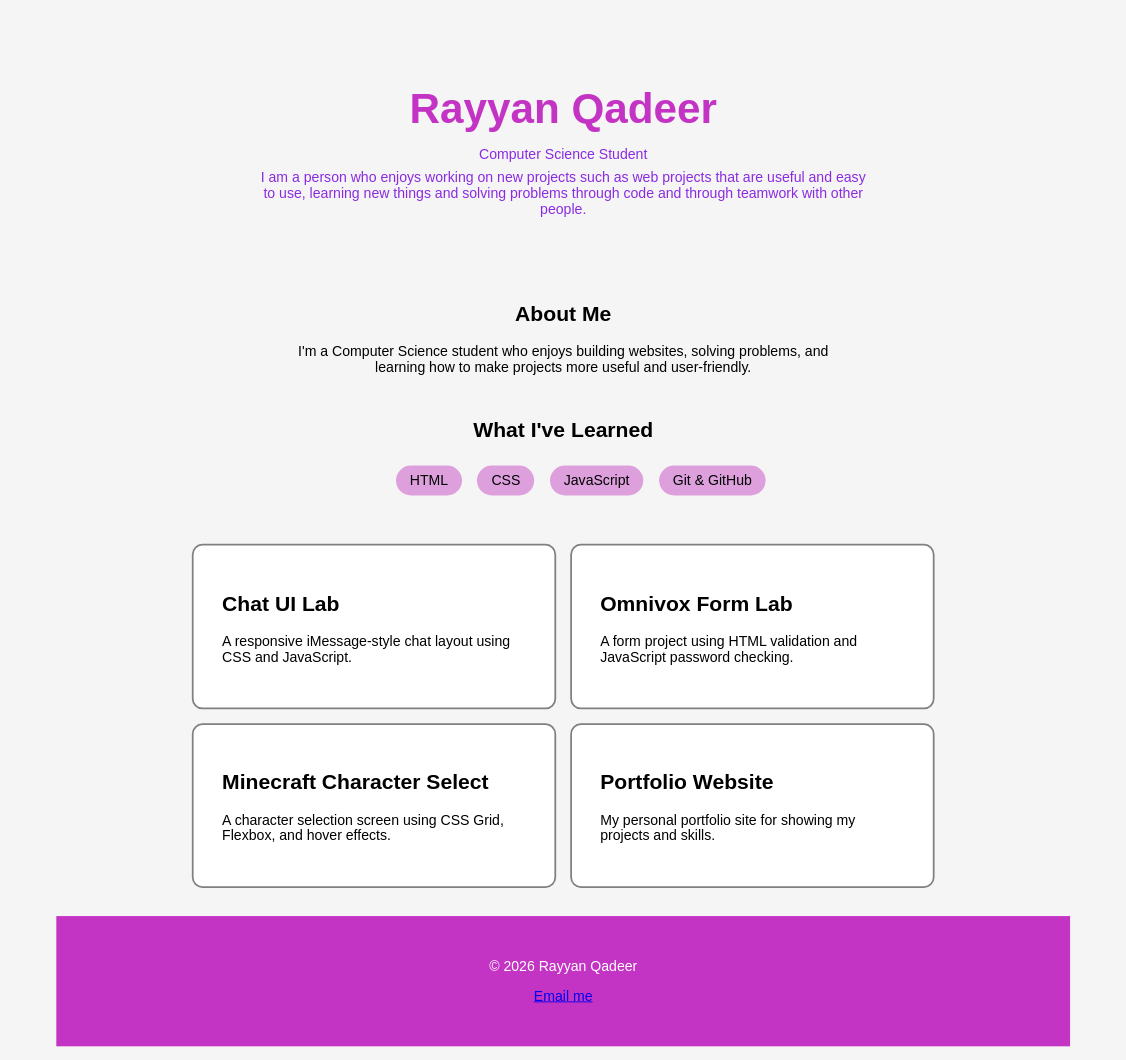
Repository: rayyan-qadeer/rayyan-qadeer
Page: index.html
An editor plug-in stored every save of this project. The page is shown before and after the next save, followed by the edit.
The browser window is 1280 px wide. The pictures show the whole page, at 88% of full size.

Above is the page before, as saved 2026-05-06 13:40:41.

After the next save:
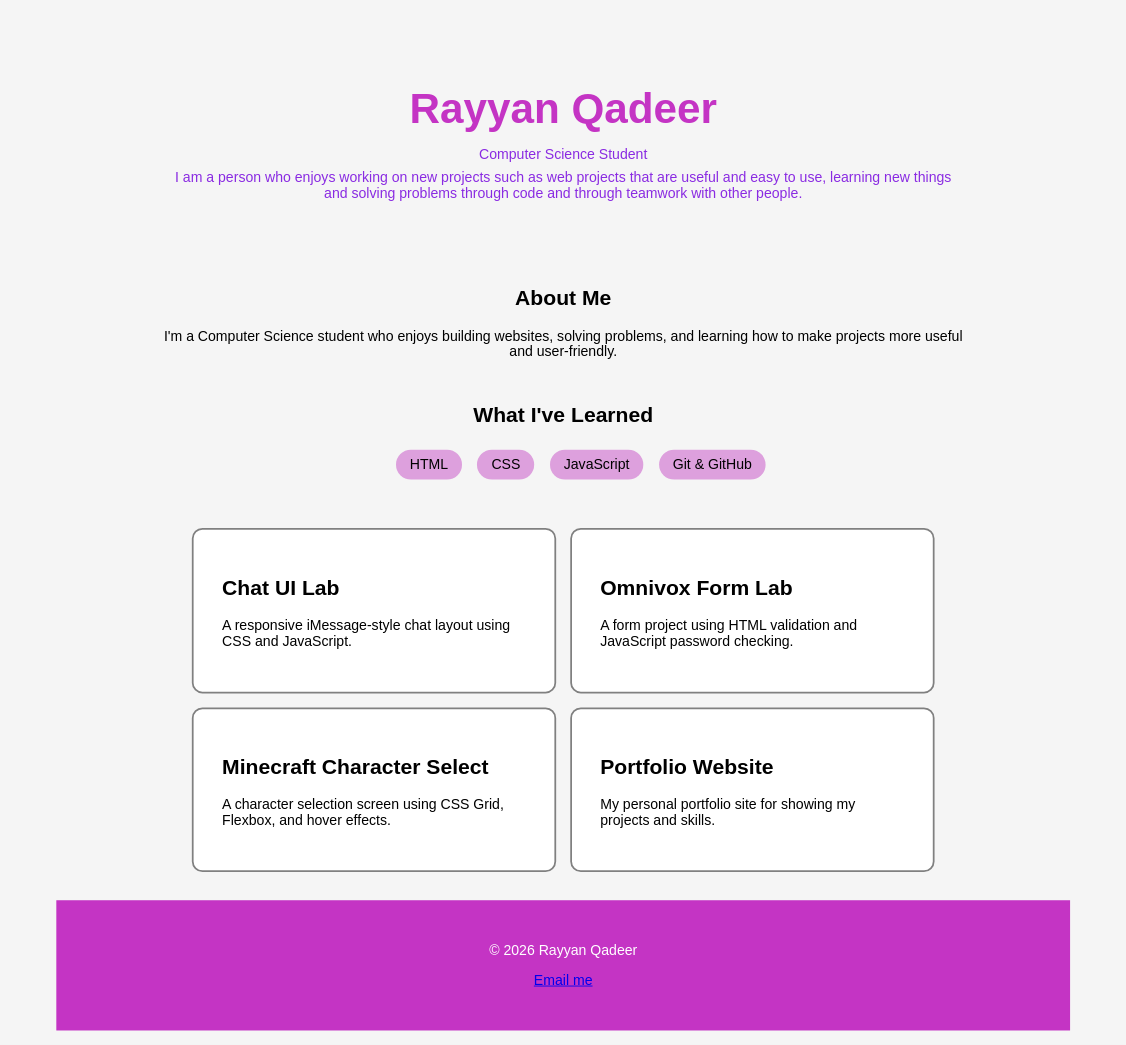
Saved 46 s later.
--- a/styles/index.css
+++ b/styles/index.css
@@ -22,7 +22,7 @@ header h1 {
 }
 
 .description {
-  max-width: 43.75rem; /* should be % */
+  max-width: 80%;
   margin: 0 auto;
   color: blueviolet;
 }
@@ -30,7 +30,7 @@ header h1 {
 .about,
 .skills {
   text-align: center;
-  max-width: 650px; /* should be % */
+  max-width: 80%;
   margin: 3rem auto;
 }
 
@@ -56,7 +56,6 @@ header h1 {
   border: 2px solid gray;
 }
 
-/* hover effect works, but it should still b checked on mobile where hover is not useful*/
 .card:hover {
   transform: translateY(-4px);
   background-color: plum;
@@ -70,7 +69,6 @@ footer {
   color: white;
 }
 
-/* responsive breakpoints are there, but layout should still be checked and tested on iphone se, pixel 7, ipad mini and ipad pro */
 @media (min-width: 768px) {
   .projects {
     flex-direction: row;
